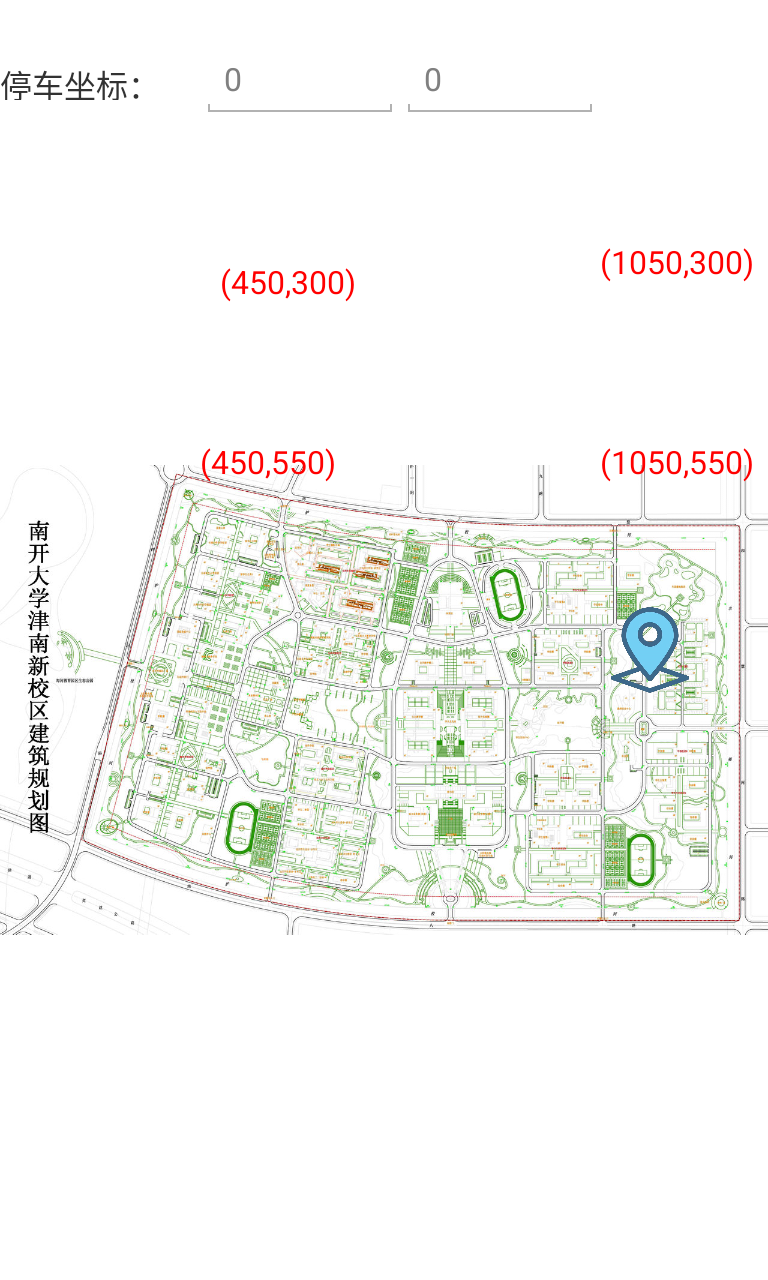
Repository: CovaWang/temporary_embedded
Layout: 7#车联·共享单车/代码/代码/res/layout/compass.xml
The author's editor kept a copy of each file at every save. The layout is drawn from the files as they stood at one save, then again after the next save.
It is drawn on a 768 x 1280 px phone screen (xhdpi) without system bars, with theme AppTheme; the app's code is not run.

Above is the layout before, as saved 2024-04-25 11:28:20.

### 7#车联·共享单车/代码/代码/res/layout/compass.xml
<?xml version="1.0" encoding="utf-8"?>
<RelativeLayout xmlns:android="http://schemas.android.com/apk/res/android"
    android:layout_width="fill_parent"
    android:layout_height="match_parent"
    android:orientation="vertical" >


	    <TextView
			android:layout_width="100dp"
			android:layout_height="20dp"
			android:layout_marginTop='30dp'
			android:layout_marginLeft='0dp'
			android:text="停车坐标："
			android:textSize="16dp"
			android:layout_weight="1" />

	    <EditText
	        android:id="@+id/compass_text1"
			android:layout_width="100dp"
			android:layout_height="40dp"
			android:layout_marginTop='20dp'
			android:layout_marginLeft='100dp'
			android:hint="0"
			android:textSize="16sp"
			android:textColor="#8A2BE2"
			android:layout_weight="1" />

	    <EditText
	        android:id="@+id/compass_text2"
			android:layout_width="100dp"
			android:layout_height="40dp"
			android:layout_marginTop='20dp'
			android:layout_marginLeft='200dp'
			android:hint="0"
			android:textSize="16sp"
			android:textColor="#8A2BE2"
			android:layout_weight="1" />


    <ImageView
        android:id="@+id/compass_img"
        android:layout_width="match_parent"
        android:layout_height="match_parent"
        android:layout_marginTop='60dp'
	    android:layout_marginLeft='0dp'
        android:src="@drawable/map"
        android:layout_weight="1" />

    <!-- 当前位置 -->
     <ImageView
        android:id="@+id/compass_sit"
        android:layout_width="50dp"
        android:layout_height="50dp"
        android:layout_marginTop='300dp'
	    android:layout_marginLeft='300dp'
        android:src="@drawable/situation"
        android:layout_weight="1" />

    <!-- 左下点 -->
     <TextView
         android:layout_width="match_parent"
         android:layout_height="match_parent"
         android:layout_weight="1"
         android:layout_marginTop='220dp'
	     android:layout_marginLeft='100dp'
         android:text="(450,550)"
         android:textColor="#FF0000"
         android:textSize="16dp" />
     <!-- 右下点 -->
     <TextView
         android:layout_width="match_parent"
         android:layout_height="match_parent"
         android:layout_weight="1"
         android:layout_marginTop='220dp'
	     android:layout_marginLeft='300dp'
         android:text="(1050,550)"
         android:textColor="#FF0000"
         android:textSize="16dp" />
     <!-- 右上点 -->
     <TextView
         android:layout_width="match_parent"
         android:layout_height="match_parent"
         android:layout_weight="1"
         android:layout_marginTop='120dp'
	     android:layout_marginLeft='300dp'
         android:text="(1050,300)"
         android:textColor="#FF0000"
         android:textSize="16dp" />
	  <!-- 左上点 -->
      <TextView
         android:layout_width="match_parent"
         android:layout_height="match_parent"
         android:layout_weight="1"
         android:layout_marginTop='130dp'
	     android:layout_marginLeft='110dp'
         android:text="(450,300)"
         android:textColor="#FF0000"
         android:textSize="16dp" />
</RelativeLayout>

### 7#车联·共享单车/代码/代码/res/values/styles.xml
<resources>

    <!--
        Base application theme, dependent on API level. This theme is replaced
        by AppBaseTheme from res/values-vXX/styles.xml on newer devices.

    -->
    <style name="AppBaseTheme" parent="android:Theme.Light">
        <!--
            Theme customizations available in newer API levels can go in
            res/values-vXX/styles.xml, while customizations related to
            backward-compatibility can go here.

        -->
    </style>

    <!-- Application theme. -->
    <style name="AppTheme" parent="AppBaseTheme">
        <!-- All customizations that are NOT specific to a particular API-level can go here. -->
    </style>
    <!-- 高宽都包裹内容 -->
    <style name="wrapcontent">
        <item name="android:layout_width">wrap_content</item>
        <item name="android:layout_height">wrap_content</item>
    </style>

    <!-- 自定义对话框样式 -->
    <style name="dialog_custom" parent="android:style/Theme.Dialog">
        <item name="android:windowFrame">@null</item>
        <item name="android:windowNoTitle">true</item>
        <item name="android:background">#00000000</item>
        <item name="android:windowBackground">@android:color/transparent</item>
    </style>
    <!-- TextView 16sp样式 -->
    <style name="textview16sp" parent="wrapcontent">
        <item name="android:textSize">16sp</item>
        <item name="android:gravity">center_vertical</item>
    </style>

    <!-- TextView 14sp样式 -->
    <style name="textview12sp" parent="wrapcontent">
        <item name="android:textSize">12sp</item>
        <item name="android:gravity">center_vertical</item>
    </style>
    <!-- TextView 14sp样式 -->
    <style name="textview14sp" parent="wrapcontent">
        <item name="android:textSize">14sp</item>
        <item name="android:gravity">center_vertical</item>
    </style>

    <!-- 宽度为0dp,高度为包裹内容，权重为1 -->
    <style name="zero_widthwrapcontent">
        <item name="android:layout_width">0dp</item>
        <item name="android:layout_height">wrap_content</item>
        <item name="android:layout_weight">1</item>
    </style>

    <!-- 黄色14sp,图片间距为5dp的textview -->
    <style name="tvyellow14sp" parent="zero_widthwrapcontent">
        <item name="android:textSize">14sp</item>
        <item name="android:drawablePadding">3dp</item>
        <item name="android:gravity">center</item>
        <item name="android:textColor">@color/bright_yellow</item>
    </style>

</resources>

Loaded but not shown: 7#车联·共享单车/代码/代码/res/values-v11/styles.xml (common file); 7#车联·共享单车/代码/代码/res/values-v14/styles.xml (common file)

After the next save:
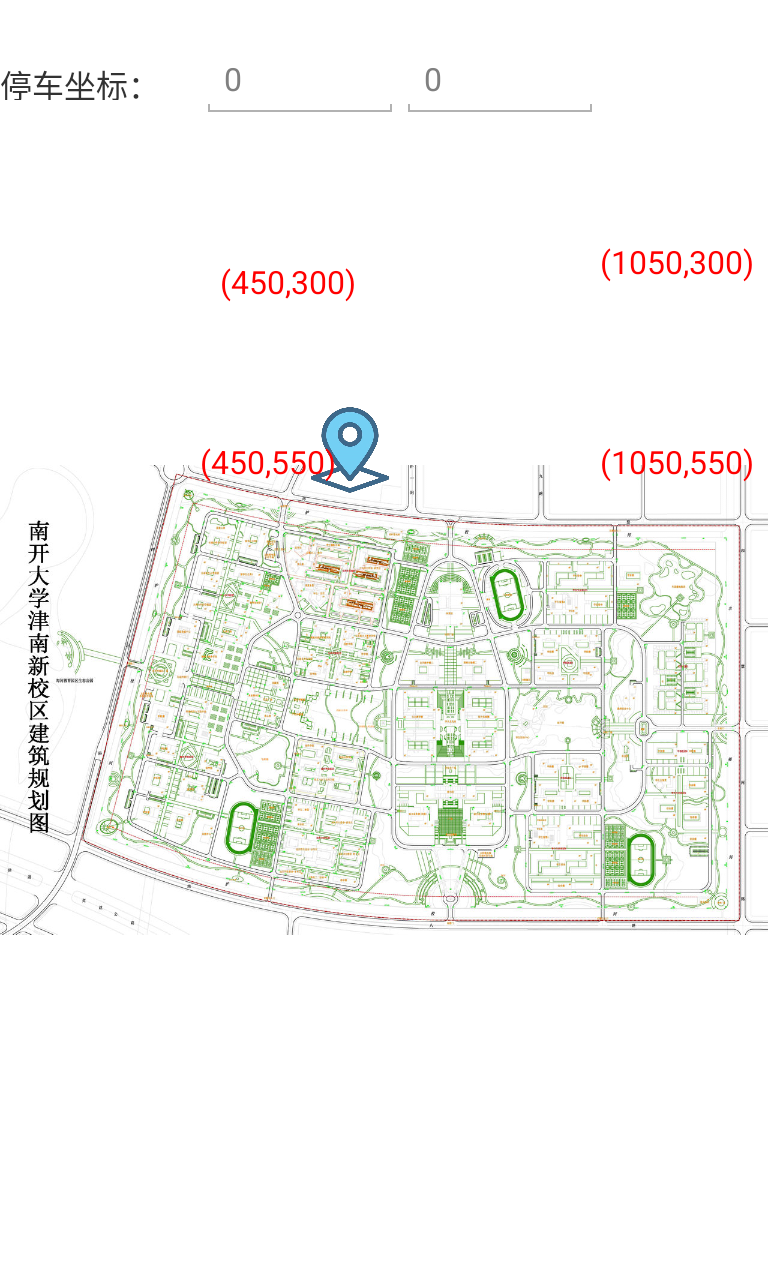
Saved 92 s later.
--- a/7#车联·共享单车/代码/代码/res/layout/compass.xml
+++ b/7#车联·共享单车/代码/代码/res/layout/compass.xml
@@ -51,8 +51,8 @@
         android:id="@+id/compass_sit"
         android:layout_width="50dp"
         android:layout_height="50dp"
-        android:layout_marginTop='300dp'
-	    android:layout_marginLeft='300dp'
+        android:layout_marginTop='200dp'
+	    android:layout_marginLeft='150dp'
         android:src="@drawable/situation"
         android:layout_weight="1" />
 
